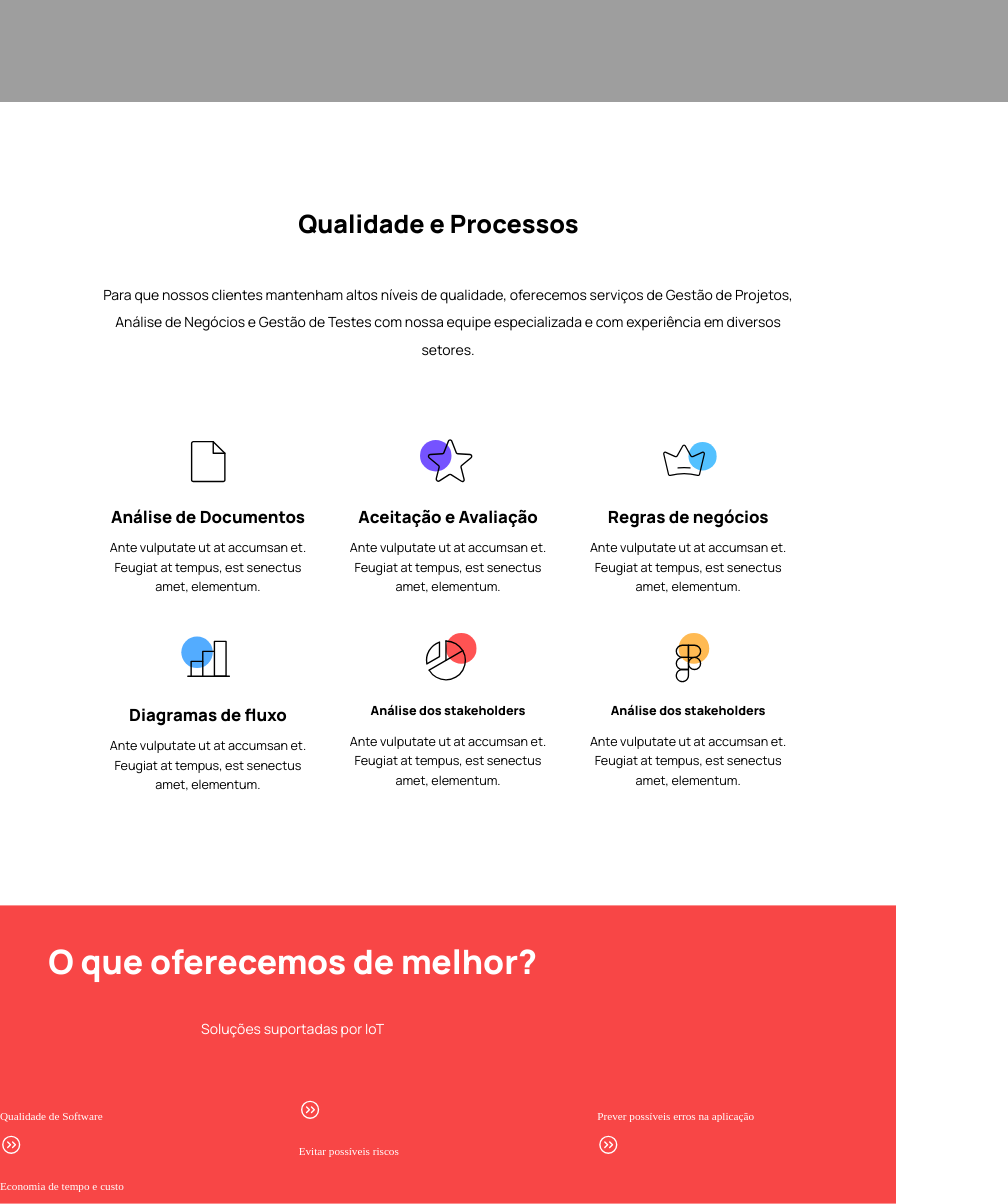
Repository: kleber-goncalves/Landing-Page-Gestao-de-projetos-dnc
Page: index.html
The author's editor kept a copy of each file at every save. The page is drawn from the files as they stood at one save, then again after a run of saves.
The browser window is 1280 px wide. The page is 1440 px wide, so the pictures cover 1440 px, including what lies to the right of the window. The pictures show the part of the page from y = 608 to 2328 px (the page is 2328 px tall before and 2228 px after), at 70% of full size.
Pictures or frames that could not be fetched are drawn as grey boxes.

Above is the page before, as saved 2025-01-05 01:55:20.

### index.html
<!DOCTYPE html>
<html lang="pt-br">
<head>
    <meta charset="UTF-8">
    <meta name="viewport" content="width=device-width, initial-scale=1.0">
    <link rel="stylesheet" href="style.css">
    <link rel="preconnect" href="https://fonts.googleapis.com">
    <link rel="preconnect" href="https://fonts.gstatic.com" crossorigin>
    <link href="https://fonts.googleapis.com/css2?family=Manrope:wght@200..800&display=swap" rel="stylesheet">
    <title>Document</title>
</head>
<body>
    <main>
        <section id="topo" >
            <div id="elemnt-topo">
                <h1>Transformando em produtos digitais</h1>
                <p>Para que nossos clientes mantenham altos níveis de qualidade, oferecemos serviços de gestão de projetos e análise de negócios com nossa equipe especializada em diversos setores.</p>
            </div>
        </section>
        <section id="meio">
            <div id="txts-meio" >

                <h2>Qualidade e Processos</h2>
                <p>
                    Para que nossos clientes mantenham altos níveis de qualidade, oferecemos serviços de Gestão de Projetos, Análise de Negócios e Gestão de Testes com nossa equipe especializada e com experiência em diversos setores.
                </p>

            </div>
            <div id="icons-pai-meio" >
                <div class="card-icons" id="icons-documento">
                    <img class="img-icons" src="/img/icons-meio.img/document.svg" alt="document.svg">
                    <p class="txt-icons">Análise de Documentos</p>
                    <p class="sub-icons">Ante vulputate ut at accumsan et. Feugiat at tempus, est senectus amet, elementum.</p>
                </div>
                <div class="card-icons" id="icons-estrela">
                    <img class="img-icons" src="/img/icons-meio.img/estrela.svg" alt="estrela.svg">
                    <p class="txt-icons">Aceitação e Avaliação</p>
                    <p class="sub-icons">Ante vulputate ut at accumsan et. Feugiat at tempus, est senectus amet, elementum.</p>
                </div>
                <div class="card-icons" id="icons-coroa">
                    <img class="img-icons" src="/img/icons-meio.img/coroa.svg" alt="coroa.svg">
                    <p class="txt-icons">Regras de negócios</p>
                    <p class="sub-icons">Ante vulputate ut at accumsan et. Feugiat at tempus, est senectus amet, elementum.</p>
                </div>
                <div class="card-icons" id="icons-fluxos">
                    <img class="img-icons" src="/img/icons-meio.img/fluxo.svg" alt="fluxo.svg">
                    <p class="txt-icons">Diagramas de fluxo</p>
                    <p class="sub-icons">Ante vulputate ut at accumsan et. Feugiat at tempus, est senectus amet, elementum.</p>
                </div>
                <div class="card-icons" id="icons-bola">
                    <img class="img-icons" src="/img/icons-meio.img/bola.svg" alt="bola.svg">
                    <p class="txt-icons" id="p">Análise dos stakeholders</p>
                    <p class="sub-icons">Ante vulputate ut at accumsan et. Feugiat at tempus, est senectus amet, elementum.</p>
                </div>
                <div class="card-icons" id="icons-figma">
                    <img class="img-icons" src="/img/icons-meio.img/figma.svg" alt="figma.svg">
                    <p class="txt-icons" id="p">Análise dos stakeholders</p>
                    <p class="sub-icons">Ante vulputate ut at accumsan et. Feugiat at tempus, est senectus amet, elementum.</p>
                </div>
            </div>
        </section>



        <section id="meio-2">

            <div id="elemt1-meio-2">


                <p id="txt-meio-2">
                    O que oferecemos de melhor?
                </p>
                <p id="sub-meio-2">
                    Soluções suportadas por IoT
                </p>


            </div>

            <div id="elemt2-meio-2">

                <div class="subs-elemt2">
                    <p>Qualidade de Software</p>
                </div>

                <div class="icons-elemt2">
                    <img src="/img/icons-meio.img/setas.svg" alt="setas">
                </div>

                <div class="subs-elemt2">
                    <p>Prever possíveis erros na aplicação</p>
                </div>

                <div class="icons-elemt2">
                    <img src="/img/icons-meio.img/setas.svg" alt="setas">
                </div>
                <div class="subs-elemt2">
                    <p>Evitar  possíveis riscos</p>
                </div>

                <div class="icons-elemt2">
                    <img src="/img/icons-meio.img/setas.svg" alt="setas">
                </div>

                <div class="subs-elemt2">
                    <p>Economia de tempo e custo</p>
                </div>

            </div>

        </section>



    </main>
</body>
</html>

### style.css
body {
    margin: 0;
    font-size: 16px;
    box-sizing: border-box;
}





#topo {
    width:  1440px;
    height:  754px;
    background-image: url(/img/topo-fundo.svg);
    background-size: cover;
    background-repeat: no-repeat;
    display:flex ;
    flex-direction: column;
    justify-items: flex-start;
}

#topo > #elemnt-topo {
    margin-left: 121px;
    margin-top: 236px;
}

#elemnt-topo > h1 {
    width: 665px;
    height: 164px;
    font-family: "Manrope", serif;
    font-size: 64px;
    font-weight: 800;
    color: black;
}

#elemnt-topo > p {
    font-family: "Manrope", serif;
    width:  650px;
    height: 99px;
    font-family: Manrope;
    font-size: 20px;
    font-weight: 400;
}






#meio{
    display: flex;
    flex-direction: column;
    gap: 91px;
    margin-top: 120px;
    margin-left: 143px;
    margin-bottom: 141px;
    margin-right: 143px;
}



#txts-meio {
    display: flex;
    flex-direction: column;
    align-items: center;
}

#txts-meio > h2 {
    width: 428px;
    height: 56px;
    color: black;
    font-family: "Manrope", serif;
    font-size: 36px;
    font-weight: 800;
    line-height: 49.18px;
}


#txts-meio > p {
    width:  994px;
    height:  109px;
    color: black;
    font-family: "Manrope", serif;
    font-size: 20px;
    font-weight: 400;
    line-height: 39.5px;
    text-align: center;
}




#icons-pai-meio {
    display: grid;
    grid-template-columns: repeat(3, 1fr);
    gap: 35px;
}

.card-icons {
    display: flex;
    flex-direction: column;
    align-items: center;
}

.img-icons {
    width: 81px;
    height: 76px;
}


.txt-icons {
    width:  284px;
    height:  31px;
    font-family: "Manrope", serif;
    font-size: 24px;
    font-weight: 800;
    line-height: 32.78px;
    text-align: center;
    margin-bottom: 10px;
}

.sub-icons {
    width:  298px;
    height:  84px;
    font-family: "Manrope", serif;
    font-size: 18px;
    font-weight: 400;
    line-height: 28px;
    text-align: center;
    margin-top: 5px;
}

#icons-bola > #p, #icons-figma > #p {
    font-size: 18px;
}





#meio-2 {
    color: #FFFFFF;
    background-color: #F84646;
    display: flex;
    flex-direction: column;
    gap: 64px;
}

#txt-meio-2 {
    width: 836px;
    height: 64px;
    font-family: "Manrope", serif;
    font-size: 48px;
    font-weight: 800;
    line-height: 64px;
    text-align: center;
}


#sub-meio-2 {
    width: 836px;
    height: 32px;
    font-family: "Manrope", serif;
    font-size: 20px;
    font-weight: 400;
    line-height: 32px;
    text-align: center;
}



#elemt2-meio-2 {
    display: grid;
    grid-template-columns: repeat(3, 1fr);
}

### img/icons-meio.img/setas.svg
<svg width="32" height="32" viewBox="0 0 32 32" fill="none" xmlns="http://www.w3.org/2000/svg">
<path d="M16 28C22.6274 28 28 22.6274 28 16C28 9.37258 22.6274 4 16 4C9.37258 4 4 9.37258 4 16C4 22.6274 9.37258 28 16 28Z" stroke="white" stroke-width="2" stroke-linecap="round" stroke-linejoin="round"/>
<path d="M11 20L15 16L11 12" stroke="white" stroke-width="2" stroke-linecap="round" stroke-linejoin="round"/>
<path d="M18 20L22 16L18 12" stroke="white" stroke-width="2" stroke-linecap="round" stroke-linejoin="round"/>
</svg>

After the next 7 saves:
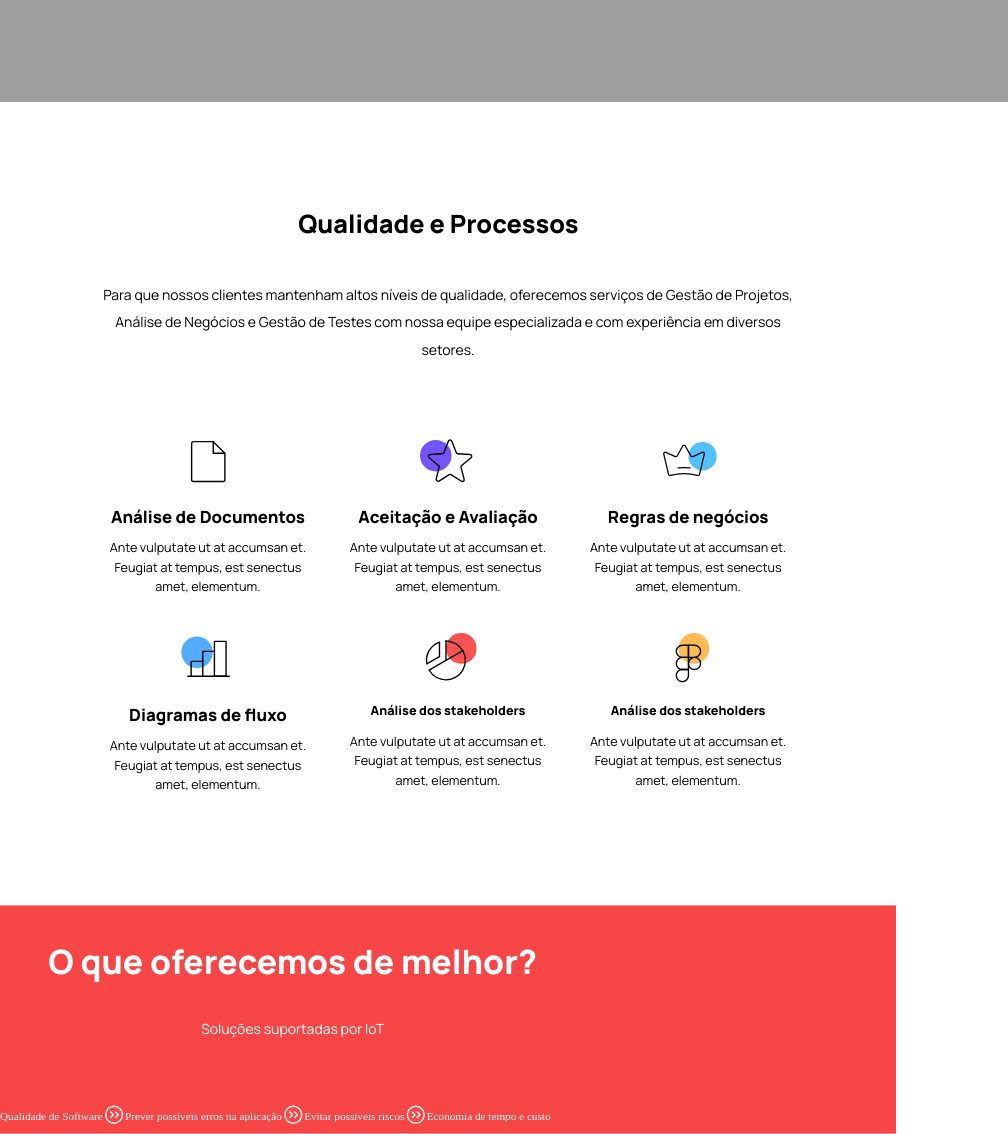
The 7 saves are shown as one change because they came seconds apart.
The last was saved 101 s later.
--- a/style.css
+++ b/style.css
@@ -170,6 +170,6 @@ body {
 
 
 #elemt2-meio-2 {
-    display: grid;
-    grid-template-columns: repeat(3, 1fr);
+    display: flex;
+    align-items: center;
 }
